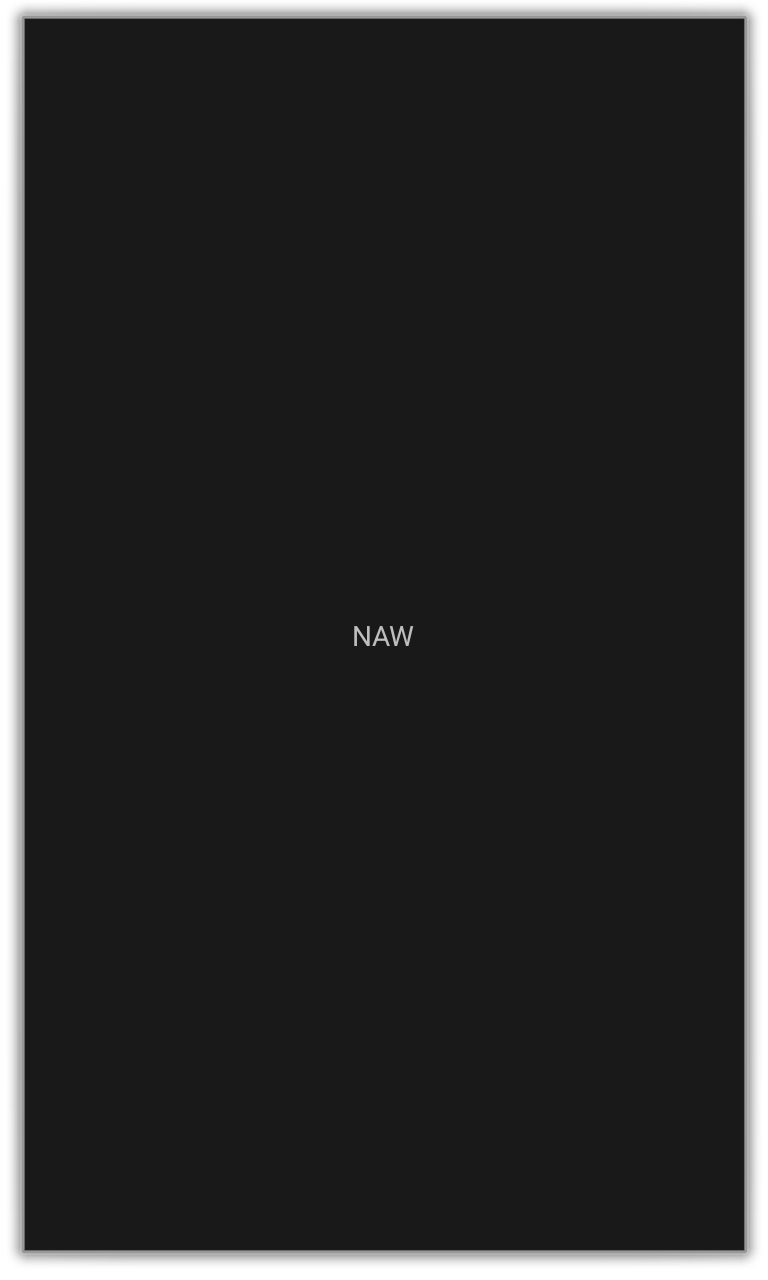
Repository: rickydalziel/project
Layout: Numbersorter/res/layout/activity_unsolve_dialog.xml
The author's editor kept a copy of each file at every save. The layout is drawn from the files as they stood at one save, then again after the next save.
It is drawn on a 768 x 1280 px phone screen (xhdpi) without system bars, with theme android:Theme.Dialog; the app's code is not run.

Above is the layout before, as saved 2013-02-27 10:03:13.

### Numbersorter/res/layout/activity_unsolve_dialog.xml
<RelativeLayout xmlns:android="http://schemas.android.com/apk/res/android"
    xmlns:tools="http://schemas.android.com/tools"
    android:layout_width="match_parent"
    android:layout_height="match_parent"
    tools:context=".UnsolveDialog" >

    <TextView
        android:layout_width="wrap_content"
        android:layout_height="wrap_content"
        android:layout_centerHorizontal="true"
        android:layout_centerVertical="true"
        android:text="@string/unsolveable" />

</RelativeLayout>

### Numbersorter/res/values/strings.xml
<?xml version="1.0" encoding="utf-8"?>
<resources>

    <!-- Main menu strings -->

    <string name="app_name">Numbersorter</string>
    <string name="main_menu">Main Menu</string>
    <string name="menu_settings">Settings</string>
    <string name="title_activity_main">Number Sorter</string>
    <string name="new_game">New Game</string>
    <string name="continue_game">Continue</string>
    <string name="about">About</string>
    <string name="exit_game">Exit</string>

    <!-- About scree strings -->

    <string name="about_app">About Numbersorter</string>
    <string name="about_text">	    Numbersorter is a program written and desgned by Ricky Dalziel, for his 4th year honours project.
	    The aim of the game is to swipe a mxn grid of numbers into position so that they read from 1 - (m*n).
	</string>
    <string name="hello_world">Hello world!</string>
    <string name="title_activity_about">AboutActivity</string>

    <!-- New game dialog strings -->

    <string name="newgametext">Please select a board width and height</string>
    <string name="height">Height</string>
    <string name="width">Width</string>
    <string name="cancel">Cancel</string>

    <!-- Array options for the dialog box -->

    <string-array name="size_array">
        <item>3</item>
        <item>4</item>
        <item>5</item>
        <item>6</item>
    </string-array>

    <string name="title_activity_game">Game</string>
    <string name="title_activity_unsolve_dialog">Unsolveable?</string>
    <string name="unsolveable">NAW</string>

</resources>

After the next save:
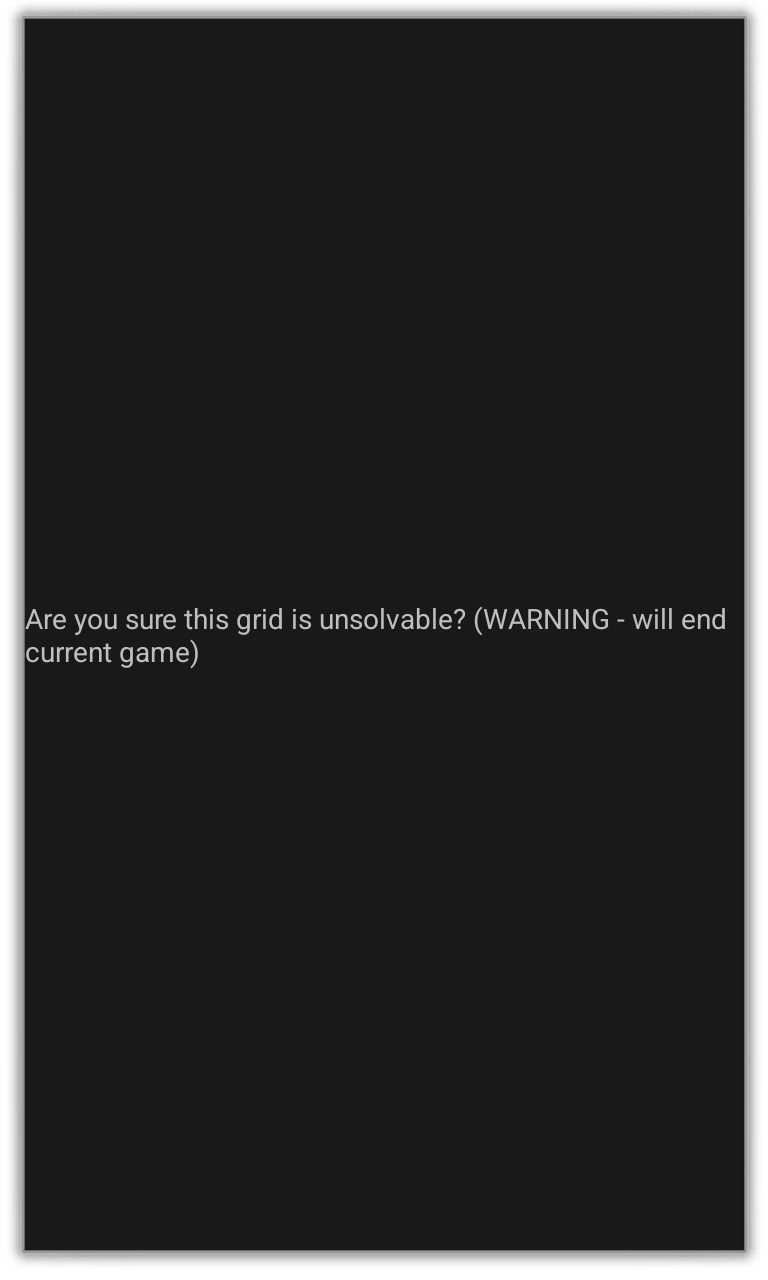
Saved 8 days later.
--- a/Numbersorter/res/layout/activity_unsolve_dialog.xml
+++ b/Numbersorter/res/layout/activity_unsolve_dialog.xml
@@ -11,4 +11,28 @@
         android:layout_centerVertical="true"
         android:text="@string/unsolveable" />
 
+
+    <TableLayout>
+
+      	<TableRow>
+
+        <Button
+            android:id="@+id/unsolve_yes_button"
+            android:layout_width="fill_parent"
+            android:layout_height="fill_parent"
+            android:text="@string/yes"
+            android:onClick="yesPressed"/>
+
+         <Button
+            android:id="@+id/unsolve_cancel_button"
+            android:layout_width="fill_parent"
+            android:layout_height="fill_parent"
+            android:text="@string/cancel"
+            android:onClick="cancelPressed"  />
+
+	    </TableRow>
+
+
+    </TableLayout>
+
 </RelativeLayout>
--- a/Numbersorter/res/values/strings.xml
+++ b/Numbersorter/res/values/strings.xml
@@ -39,6 +39,8 @@
 
     <string name="title_activity_game">Game</string>
     <string name="title_activity_unsolve_dialog">Unsolveable?</string>
-    <string name="unsolveable">NAW</string>
+    <string name="unsolveable">Are you sure this grid is unsolvable? (WARNING -  will end current game)</string>
+    <string name="yes">Yes</string>
+    <string name="no">No</string>
 
 </resources>
